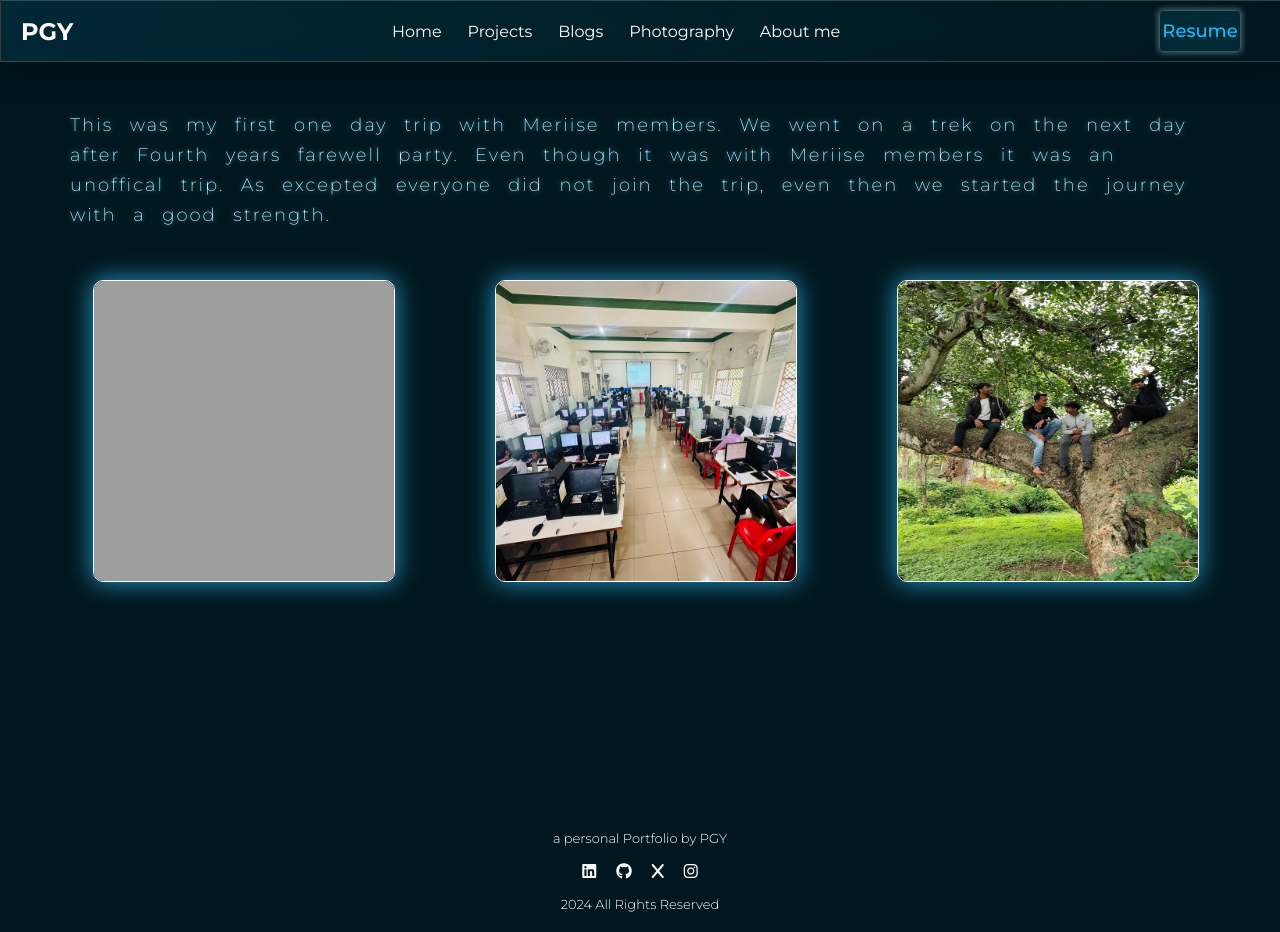
Repository: pgyunknown/pgyunknown
Page: personalBlog/AgniGudda.html
An editor plug-in stored every save of this project. The page is shown before and after a run of saves, followed by the edit.
The browser window is 1280 px wide. The pictures show the whole page.
Pictures or frames that could not be fetched are drawn as grey boxes. Some web libraries are served in a nearby version.

Above is the page before, as saved 2024-08-30 00:58:46.

After the next 2 saves:
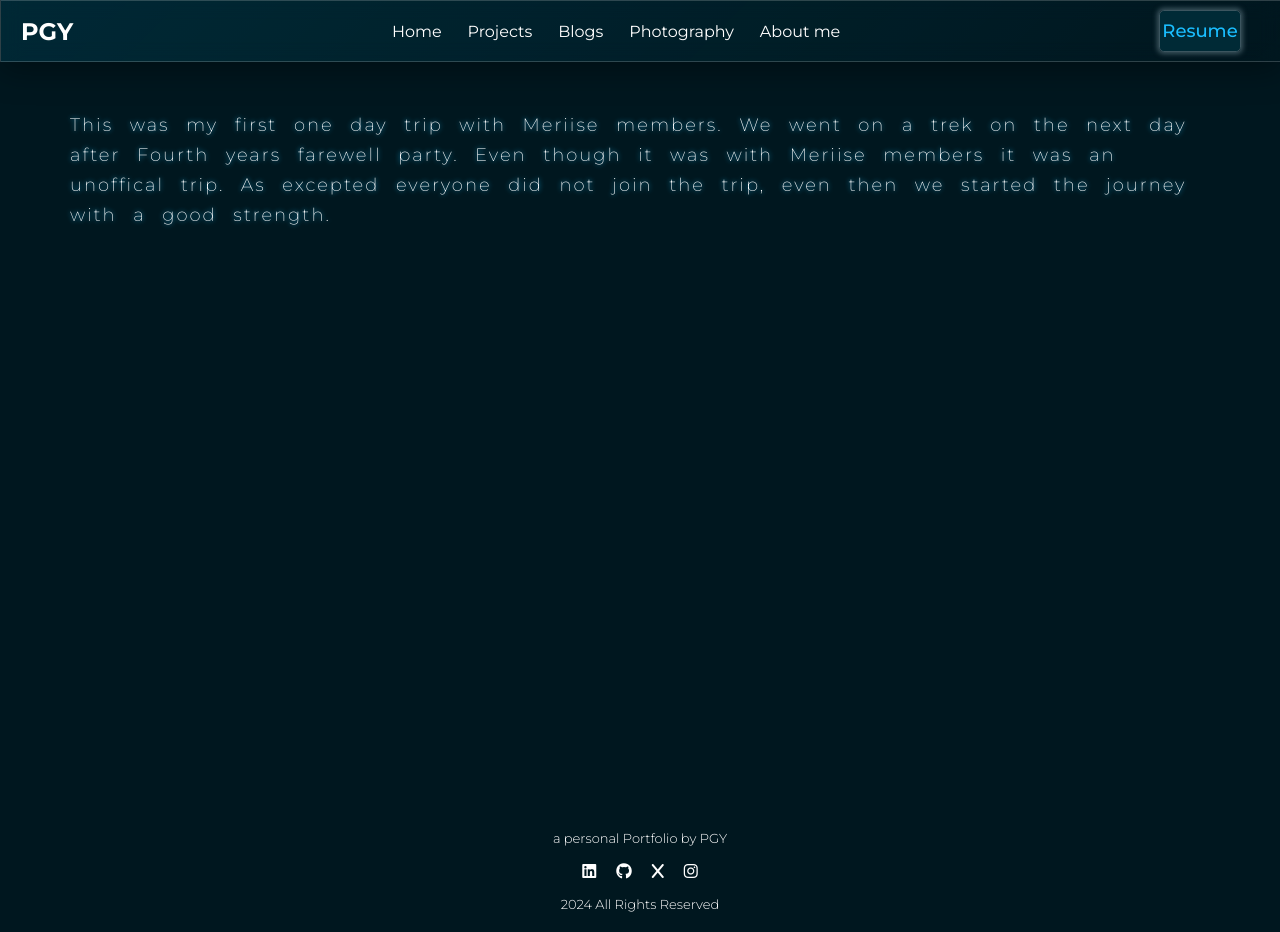
The 2 saves are shown as one change because they came seconds apart.
The last was saved 12 s later.
--- a/personalBlog/AgniGudda.html
+++ b/personalBlog/AgniGudda.html
@@ -30,13 +30,12 @@
     <main>
       <p>This was my first one day trip with Meriise members. We went on a trek on the next day after Fourth years farewell party. Even though it was with Meriise members it was an unoffical trip. As excepted everyone did not join the trip, even then we started the journey with a good strength.</p>
 
-              <div class="contianer1">
+              <!-- <div class="contianer1">
         <div ><img src="imgs/IMG_20240810_135026.jpg" alt=""></div>
         <div ><img src="imgs/1721815864132.jpeg" alt=""></div>
         <div ><img src="imgs/WhatsApp Image 2024-08-16 at 18.34.26_5f8bc427.jpg" alt=""></div>
-        </div>
+        </div> -->
 
-        <p</p>
     </main>
 
     <footer>
